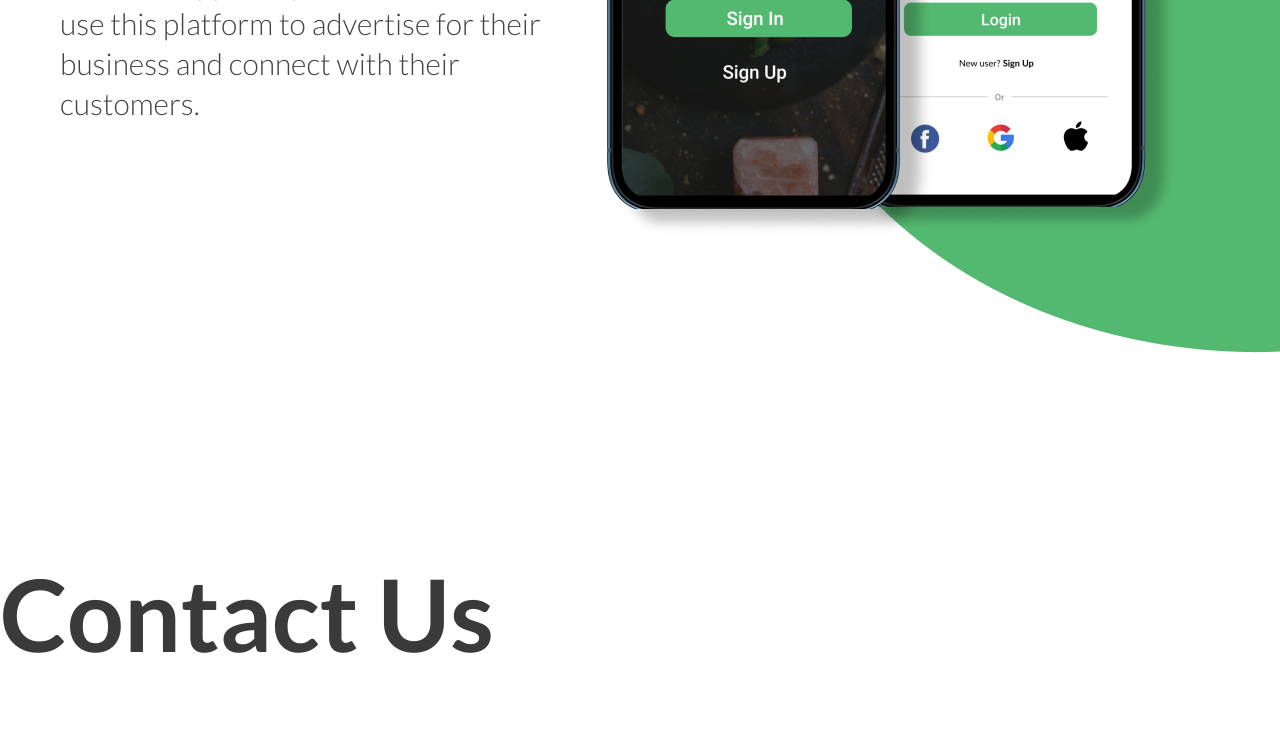
Repository: leahma1208/dinemaster
Page: index.html
An editor plug-in stored every save of this project. The page is shown before and after the next save, followed by the edit.
The browser window is 1280 px wide. The pictures show the part of the page from y = 3732 to 4684 px (the page is 4472 px tall before and 4684 px after).
A picture or video elsewhere on the page could not be fetched, so the positions and the page height are approximate.

Above is the page before, as saved 2021-05-07 10:41:14.

After the next save:
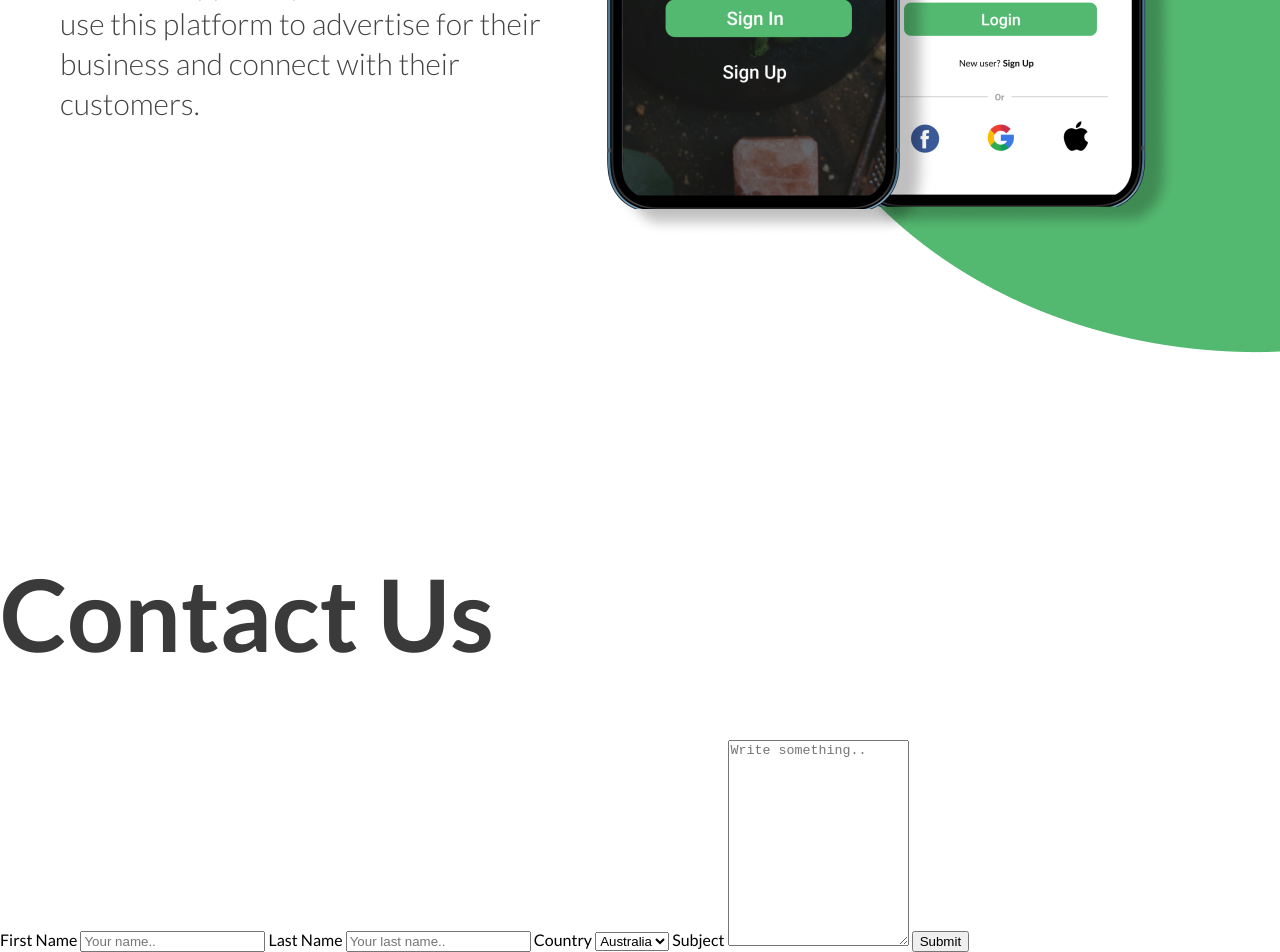
Saved 24 s later.
--- a/index.html
+++ b/index.html
@@ -93,6 +93,25 @@
 <!-- =========Contact Us================= -->
         <div>
             <h1 class="bighead">Contact Us</h1>
+            <form action="/action_page.php">
+                <label for="fname">First Name</label>
+                <input type="text" id="fname" name="firstname" placeholder="Your name..">
+
+                <label for="lname">Last Name</label>
+                <input type="text" id="lname" name="lastname" placeholder="Your last name..">
+
+                <label for="country">Country</label>
+                <select id="country" name="country">
+                  <option value="australia">Australia</option>
+                  <option value="canada">Canada</option>
+                  <option value="usa">USA</option>
+                </select>
+
+                <label for="subject">Subject</label>
+                <textarea id="subject" name="subject" placeholder="Write something.." style="height:200px"></textarea>
+
+                <input type="submit" value="Submit">
+              </form>
         </div>
 </div>
 </body>
